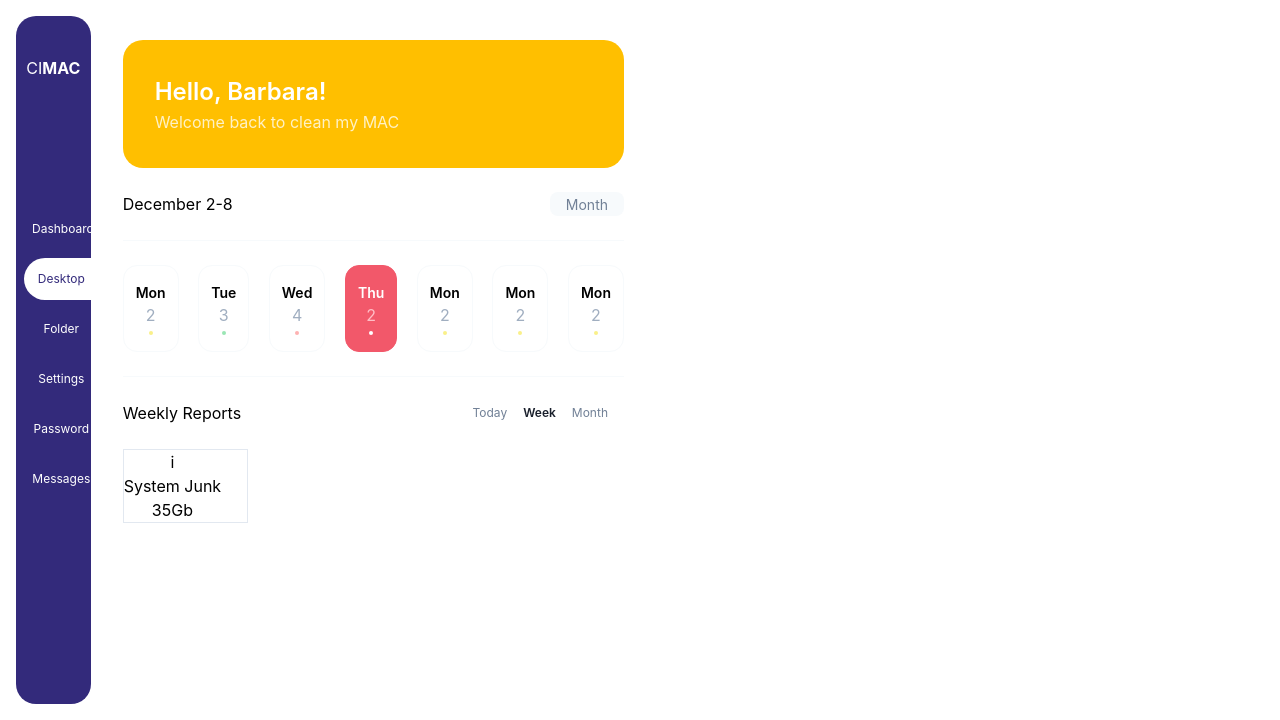
Repository: charleyvibez/experiment-Utility-software-UI
Page: index.html
These files come from the project's save history. The page is drawn as it stood at one moment and after a run of saves; the edit follows.
The browser window is 1280 px wide. The pictures show the whole page.

Above is the page before, as saved 2020-03-18 00:43:27.

### index.html
<!DOCTYPE html>
<html lang="en">
<head>
  <meta charset="UTF-8">
  <meta name="viewport" content="width=device-width, initial-scale=1.0">

  <link rel="stylesheet" href="tailwind.css">
  <link rel="stylesheet" href="index.css">
  <title>Document</title>
</head>
<body>
  <section class="flex">
     <aside class="w-1/12 p-4 h-screen">
      <div class="aside-container bg-gray-100 rounded-xl flex flex-col items-center h-full">
        <div class="logo pt-10 text-white">
          <h3>CI<span class="font-bold">MAC</span></h3>
        </div>

      <nav class="flex flex-col items-center text-xs mt-32 text-center text-white w-full pl-2">
        <div class="nav-item w-full pl-2 py-3 mb-2">Dashboard</div>
        <div class="nav-item w-full pl-2 py-3 mb-2 active-nav">Desktop</div>
        <div class="nav-item w-full pl-2 py-3 mb-2">Folder</div>
        <div class="nav-item w-full pl-2 py-3 mb-2">Settings</div>
        <div class="nav-item w-full pl-2 py-3 mb-2">Password</div>
        <div class="nav-item w-full pl-2 py-3 mb-2">Messages</div>
      </nav>
      </div>

    </aside>

  <main class="w-5/12 p-4 h-screen pt-10">
    <div class="main-container">
      <div class="hello p-8 h-32 yellow-bg rounded-xl flex flex-col justify-center">
        <h1 class="text-2xl font-semibold text-white">Hello, Barbara!</h1>
        <p class="yellow-text-support">Welcome back to clean my MAC</p>
      </div>
      <div class="date">
        <div class="heading flex justify-between border-b border-gray-100 py-6">
          <div class="heading-date-range">
            <Span> December 2-8</Span>
          </div>
          <div class="heading-month bg-gray-100 px-4 rounded-lg flex items-center">
            <span class="inline-block text-sm text-gray-600">Month</span>
          </div>
        </div>
        <div class="days flex justify-between py-6  border-b border-gray-100">
          <div class="day flex flex-col items-center py-4 px-3 border border-gray-100 rounded-lg">
            <h3 class="font-semibold text-sm">Mon</h3>
            <span class="text-gray-500">2</span>
            <span class="w-1 h-1 bg-yellow-300 rounded-full mt-1"></span>
          </div>
          <div class="day flex flex-col items-center py-4 px-3 border border-gray-100 rounded-lg">
            <h3 class="font-semibold text-sm">Tue</h3>
            <span class="text-gray-500">3</span>
            <span class="w-1 h-1 bg-green-300 rounded-full mt-1"></span>
          </div>
          <div class="day flex flex-col items-center py-4 px-3 border border-gray-100 rounded-lg">
            <h3 class="font-semibold text-sm">Wed</h3>
            <span class="text-gray-500">4</span>
            <span class="w-1 h-1 bg-red-300 rounded-full mt-1"></span>
          </div>
          <div class="day flex flex-col items-center py-4 px-3 border border-gray-100 rounded-lg active-day">
            <h3 class="font-semibold text-sm">Thu</h3>
            <span class="inline-block text-gray-500 day-number">2</span>
            <span class="inline-block w-1 h-1 bg-yellow-300 rounded-full mt-1 day-indicator"></span>
          </div>
          <div class="day flex flex-col items-center py-4 px-3 border border-gray-100 rounded-lg">
            <h3 class="font-semibold text-sm">Mon</h3>
            <span class="text-gray-500">2</span>
            <span class="w-1 h-1 bg-yellow-300 rounded-full mt-1"></span>
          </div>
          <div class="day flex flex-col items-center py-4 px-3 border border-gray-100 rounded-lg">
            <h3 class="font-semibold text-sm">Mon</h3>
            <span class="text-gray-500">2</span>
            <span class="w-1 h-1 bg-yellow-300 rounded-full mt-1"></span>
          </div>
          <div class="day flex flex-col items-center py-4 px-3 border border-gray-100 rounded-lg">
            <h3 class="font-semibold text-sm">Mon</h3>
            <span class="text-gray-500">2</span>
            <span class="w-1 h-1 bg-yellow-300 rounded-full mt-1"></span>
          </div>
        </div>
      </div>

       <div class="Reports">
        <div class="heading flex justify-between  py-6">
          <div class="heading-date-range">
            <Span class="font-normal"> Weekly Reports</Span>
          </div>
          <div class="heading-reports  px-4 rounded-lg flex items-center">
            <span class="inline-block text-gray-600 text-xs">Today</span>
            <span class="inline-block text-gray-900 ml-4 text-xs font-semibold">Week</span>
            <span class="inline-block text-gray-600 ml-4 text-xs">Month</span>
          </div>


        </div>
        <div class="junks">
          <div class="system-junk w-1/4 pr-4 border flex items-center">
           <div class="bg-white rounded-lg flex flex-col items-center">
             <span class="junk-icon">
              i
            </span>
            <h6>System Junk</h6>

            <span>35Gb</span>
           </div>
          </div>
        </div>
       </div>
    </div>
  </main>
  </section>

</body>
</html>

### index.css
* {
  margin: 0;
  padding: 0;
  box-sizing: border-box;
}

.aside-container {
  background: #332a7b;
}
.active-nav {
  position: relative;
  background:white;
  color: #332a7b;
  border-bottom-left-radius: 30px;
  border-top-left-radius: 30px;
}

/* .active-nav:before {
  position: absolute;
  content: '';
  height: 30px;
  width: 30px;
  border-radius: 50%;
  top: -25px;
  right: 0;
  background: #332a7b;
} */

.rounded-xl {
  border-radius: 20px
}

.yellow-bg {
  background: #ffbf00;
}
.yellow-text-support {
  color: #fff1c5
}

.day {
  border-radius: 14px;
}

.active-day {
  background: #f2586a;
  border: 1px solid #f2586a
}

.active-day h3 {
  color: white;
  ;
}
.active-day .day-number {
  color: #ffbec6;
}
.active-day .day-indicator {
  background: white;
}

Loaded but not shown: tailwind.css (library)

After the next 5 saves:
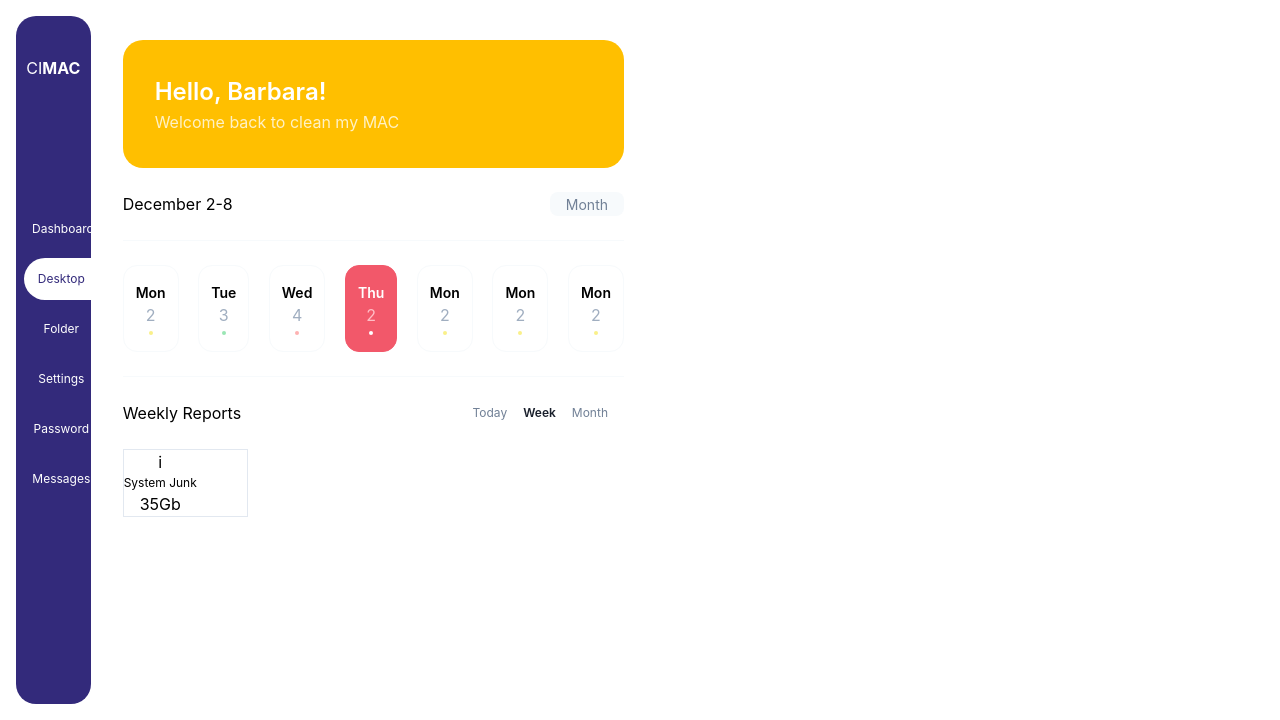
The 5 saves are shown as one change because they came seconds apart.
The last was saved 17 s later.
--- a/index.html
+++ b/index.html
@@ -101,7 +101,7 @@
              <span class="junk-icon">
               i
             </span>
-            <h6>System Junk</h6>
+            <h6 class="text-xs">System Junk</h6>
 
             <span>35Gb</span>
            </div>
